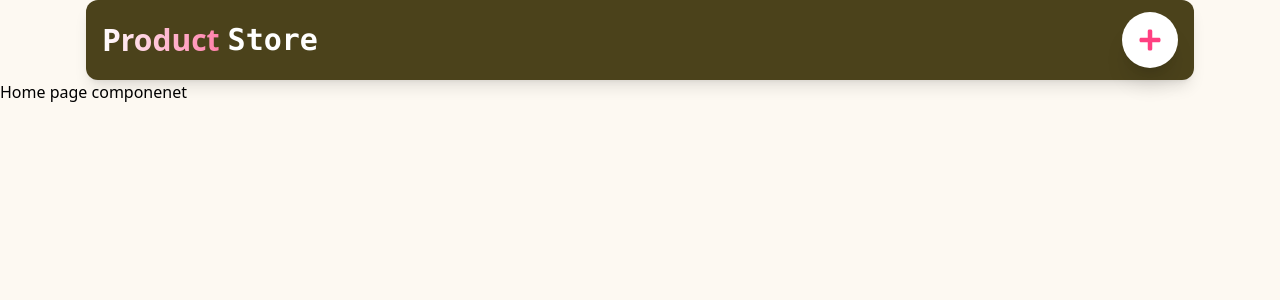
Repository: xarrkhan001/Mern-stack-Project
Page: / (app in frontend/)
The author's editor kept a copy of each file at every save. The page is drawn from the files as they stood at one save, then again after a run of saves.
The browser window is 1280 px wide. The pictures show the whole page.
The project was rebuilt for these pictures with package versions that can differ from the ones it lists, and the page was loaded fresh each time. Also part of the build but not shown: frontend/vite.config.js, frontend/src/pages/CreatePage.jsx.

Above is the page before, as saved 2025-03-05 15:58:55.

After the next 2 saves:
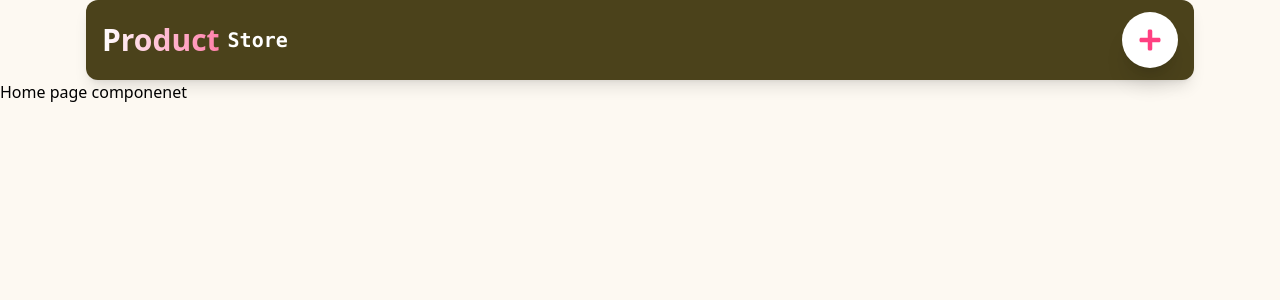
The 2 saves are shown as one change because they came seconds apart.
The last was saved 12 s later.
--- a/frontend/src/components/Navbar.jsx
+++ b/frontend/src/components/Navbar.jsx
@@ -13,7 +13,7 @@
             <span className="text-3xl font-bold text-transparent bg-clip-text bg-gradient-to-r from-[#FFFFFF] to-[#FF80AB]">
               Product
             </span>
-            <span className="text-3xl text-white font-semibold font-mono">
+            <span className="text-xl text-white font-semibold font-mono">
               Store
             </span>
           </Link>
